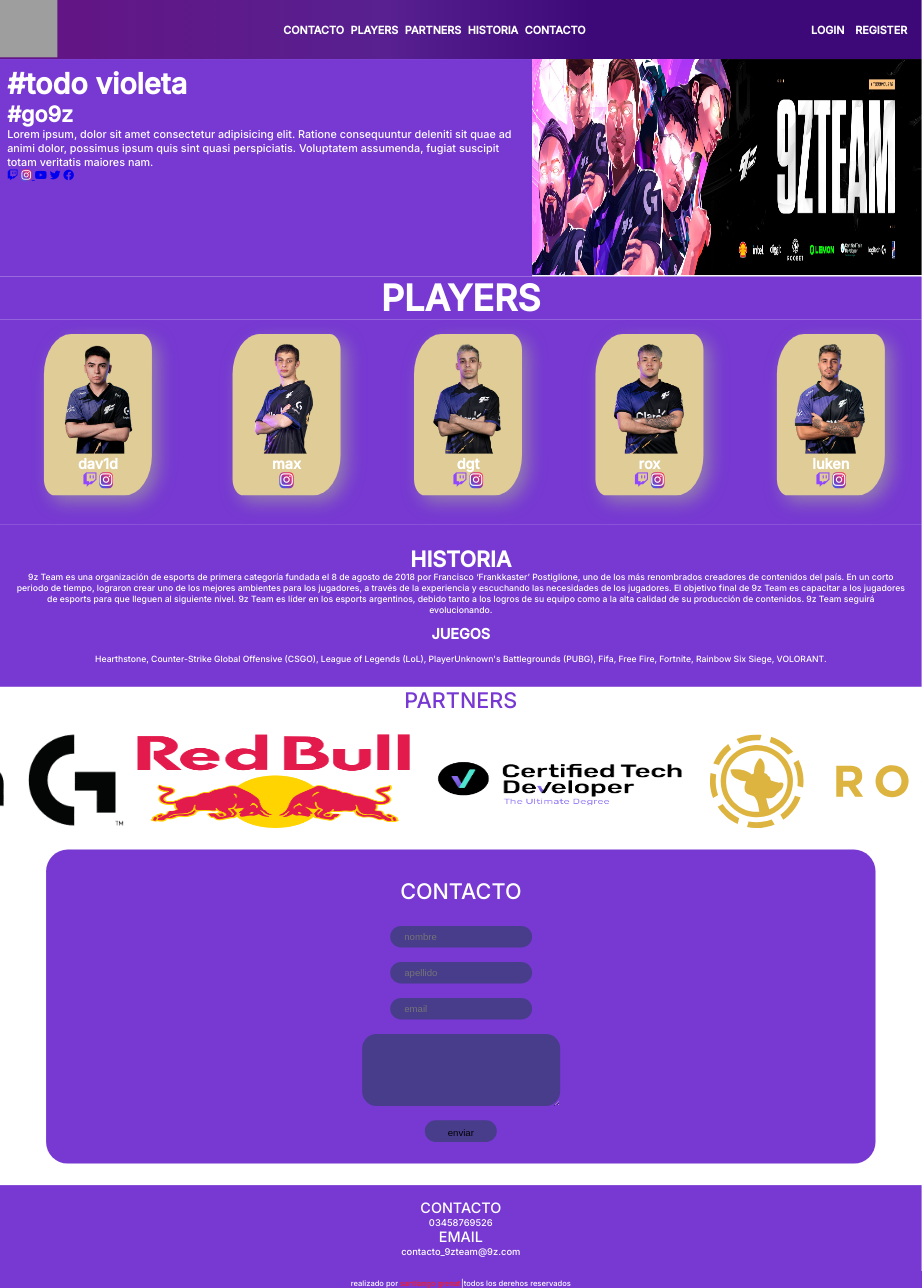
Repository: santig20/trabajo-practico-integrador-nuncba-html-css-
Page: index.html
An editor plug-in stored every save of this project. The page is shown before and after a run of saves, followed by the edit.
The browser window is 1280 px wide. The pictures show the whole page, at 72% of full size.
Pictures or frames that could not be fetched are drawn as grey boxes. Some web libraries are served in a nearby version.

Above is the page before, as saved 2022-06-25 10:09:57.

After the next 2 saves:
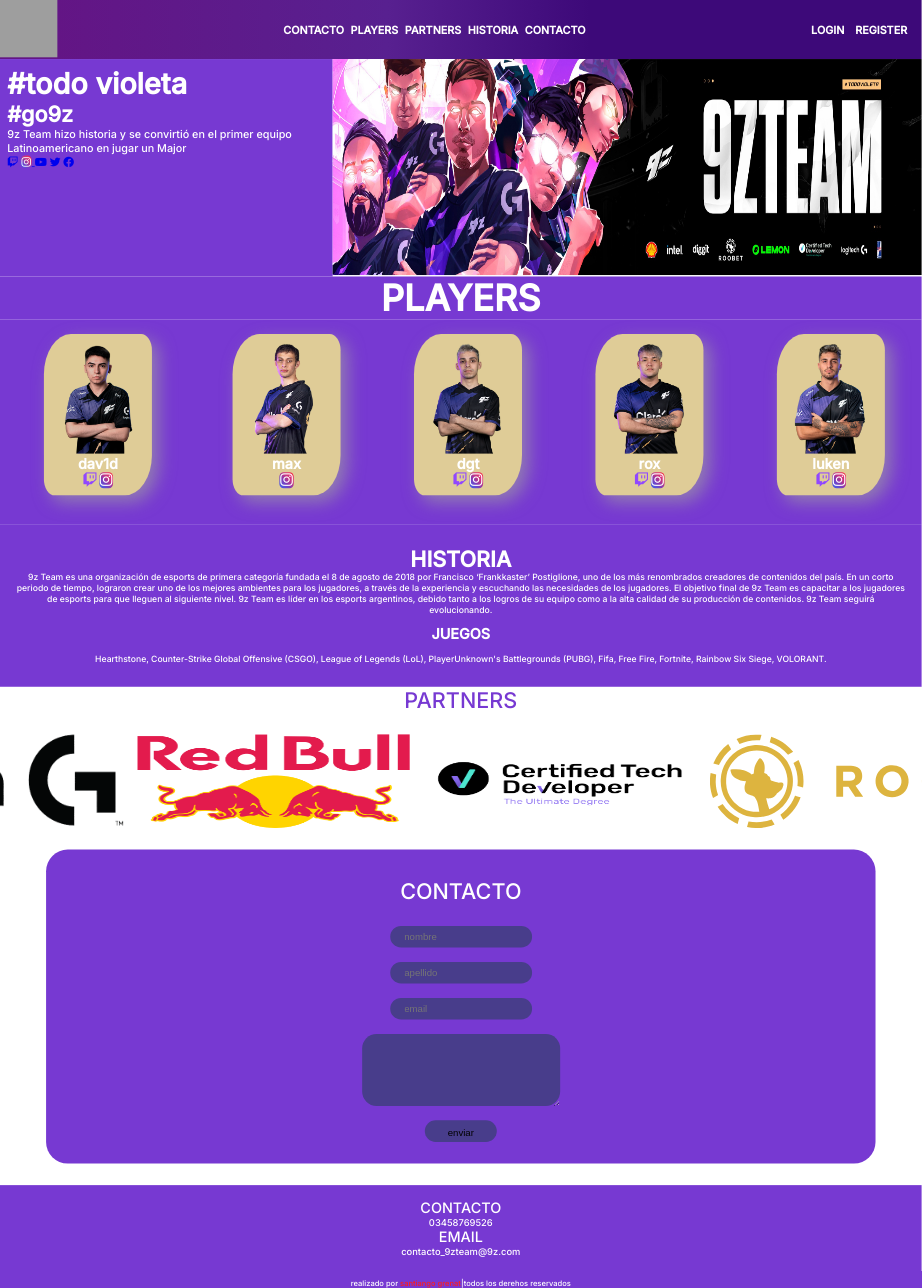
The 2 saves are shown as one change because they came seconds apart.
The last was saved 2 min 45 s later.
--- a/index.html
+++ b/index.html
@@ -66,10 +66,7 @@
           <h1>#todo violeta</h1>
           <h2>#go9z</h2>
           <p>
-            Lorem ipsum, dolor sit amet consectetur adipisicing elit. Ratione
-            consequuntur deleniti sit quae ad animi dolor, possimus ipsum quis
-            sint quasi perspiciatis. Voluptatem assumenda, fugiat suscipit totam
-            veritatis maiores nam.
+            9z Team hizo historia y se convirtió en el primer equipo Latinoamericano en jugar un Major
           </p>
           <div class="redes">
             <a href="https://www.twitch.tv/9zteam"><i class="fa-brands fa-twitch" target="_blank" ></i></a>
